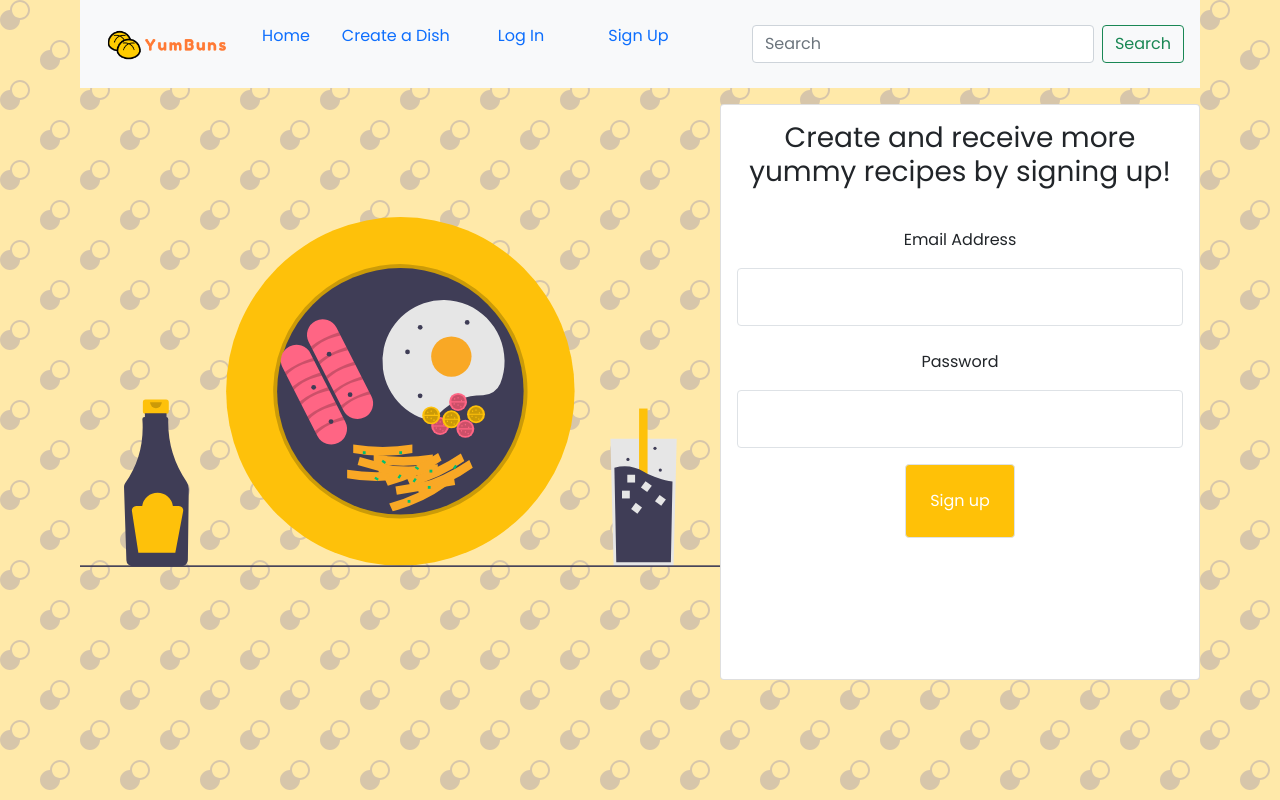
Repository: mottad14/yumBuns
Page: /signup (app in client/)
The author's editor kept a copy of each file at every save. The page is drawn from the files as they stood at one save, then again after the next save.
The browser window is 1280 px wide. The pictures show the whole page.
Some web fonts or font styles are not loaded; a fallback is used. The project was rebuilt for these pictures with package versions that can differ from the ones it lists, and the page was loaded fresh each time. Also part of the build but not shown: client/src/components/RecipePreview.js, client/src/views/Main.js, client/src/views/Login.js, client/src/views/Create.js, client/src/views/Recipe.js, client/src/components/SubscribePop.css, client/src/components/SignUp.jsx, client/src/components/SubscribePop.js.

Above is the page before, as saved 2022-07-30 14:09:46.

### client/public/index.html
<!DOCTYPE html>
<html lang="en">
  <head>
    <meta charset="utf-8" />
    <link rel="icon" href="%PUBLIC_URL%/favicon.ico" />
    <meta name="viewport" content="width=device-width, initial-scale=1" />
    <meta name="theme-color" content="#000000" />
    <meta
      name="description"
      content="Web site created using create-react-app"
    />
    <!--
      Notice the use of %PUBLIC_URL% in the tags above.
      It will be replaced with the URL of the `public` folder during the build.
      Only files inside the `public` folder can be referenced from the HTML.

      Unlike "/favicon.ico" or "favicon.ico", "%PUBLIC_URL%/favicon.ico" will
      work correctly both with client-side routing and a non-root public URL.
      Learn how to configure a non-root public URL by running `npm run build`.
    -->
    <title>Yumbuns</title>
  </head>
  <body>
    <noscript>You need to enable JavaScript to run this app.</noscript>
    <div id="root"></div>
    <!--
      This HTML file is a template.
      If you open it directly in the browser, you will see an empty page.

      You can add webfonts, meta tags, or analytics to this file.
      The build step will place the bundled scripts into the <body> tag.

      To begin the development, run `npm start` or `yarn start`.
      To create a production bundle, use `npm run build` or `yarn build`.
    -->
  </body>
</html>

### client/src/index.js
import React from 'react';
import ReactDOM from 'react-dom';
import './index.css';
import App from './App';
import reportWebVitals from './reportWebVitals';
import {BrowserRouter} from "react-router-dom";

ReactDOM.render(
    <React.StrictMode>
      <BrowserRouter>
            <App />
      </BrowserRouter>
    </React.StrictMode>,
    document.getElementById('root')
);



// If you want to start measuring performance in your app, pass a function
// to log results (for example: reportWebVitals(console.log))
// or send to an analytics endpoint. Learn more: https://bit.ly/CRA-vitals
reportWebVitals();

### client/src/App.js
import React from 'react';
import 'bootstrap/dist/css/bootstrap.min.css';
import {Switch, Route} from "react-router-dom";
import './App.css';
import NavBar from './components/NavBar';
import Main from './views/Main';
import Login from './views/Login'
import NewAccount from "./views/NewAccount"
import Create from './views/Create';
import Recipe from './views/Recipe';
import SubscribePop from './components/SubscribePop';
import {useState, useEffect} from 'react'
import { AuthContextProvider } from "./contexts/AuthContext";
import eating from "./imgs/subscribe.svg"



function App() {
  const [timedPopup, setTimedPopup] = useState (false);

  useEffect(() => {
    setTimeout(() => {
      setTimedPopup(true)
    }, 45000)
  }, [])


  return (

    <div className="App" >

          <div className="">
              <AuthContextProvider>
                <NavBar/>
                  <Switch>
                    <Route exact path="/">
                      <Main/>
                    </Route>

                    <Route exact path="/login">
                      <Login/>
                    </Route>

                    <Route exact path="/signup">
                      <NewAccount/>
                    </Route>

                    <Route path="/view/single/:_id">
                      <Recipe/>
                    </Route>

                    <Route exact path="/create">
                      <Create/>
                    </Route>
                  </Switch>

                  <SubscribePop trigger={timedPopup} setTrigger={setTimedPopup}>
                  </SubscribePop>
              </AuthContextProvider>

       </div>
    </div>
  );
}

export default App;

### client/src/App.css
@import url('https://fonts.googleapis.com/css2?family=BIZ+UDGothic&family=Poppins&display=swap');


.App {
  background-color: #ffe9a9;
  background-image: url("data:[embedded picture, 584 characters]");
  font-family: 'Poppins', sans-serif;
  display: flex;
  justify-content: center;
  text-align: center;
  min-height: 800px;
}

.recipePreview{
  border: 3px solid rgb(177, 177, 177);
  min-height: 300px;
  width: 250px;
  background-color: rgb(254, 194, 10);
  border-left-style: dotted;
  border-right-style: dotted;
  border-radius: 10%;

}

.recipePreview > img{
  width: 95%;
  border-radius: 10%;
}
.recipePreview >div{
  align-items: center;

}

.Logo{
  margin-left: 10px;
  height: 30px;
}

.sticky{
  position: sticky;
  top: 0;
  z-index: 999;
  background-color: rgb(254, 194, 10);
  border: 2px solid black;
  border-radius: 25px;
}

.thumbnailBox > img{
  height: 40px;
}

.thumbnailBox > img:hover{
  height: 125px;
}

### client/src/components/NavBar.js
import React from "react";
import { Link } from "react-router-dom"
import Nav from 'react-bootstrap/Nav';
import YumBuns from "../imgs/YumBunsLogo.png"

const NavBar = (props) => {
    return(
            <nav className="navbar navbar-expand-sm bg-light mb-3">
                <Link className="navbar-brand mx-3" to="/">  <img className="Logo" src={YumBuns} alt="Logo" /> </Link>

                <div className="collapse navbar-collapse" id="navbarSupportedContent">
                <ul className="navbar-nav me-auto mb-2 mb-lg-0">
                    <li className="nav-item">
                    <Nav.Link> <Link className="nav-link btn-outline-warning" aria-current="page" to="/">Home</Link> </Nav.Link>
                    </li>
                    <li className="nav-item">
                    <Nav.Link> <Link className="nav-link btn-outline-warning" to="/create">Create a Dish</Link> </Nav.Link>
                    </li>
                    <li className="nav-item">
                    <Nav.Link> <Link className="nav-link d-flex mx-3 btn-outline-warning" to="/login"> Log In</Link> </Nav.Link>
                    </li>
                    <li className="nav-item">
                    <Nav.Link>  <Link className="nav-link d-flex mx-3 btn-outline-warning" to="/signup">    <p onClick={() => props.setTrigger(true)}> Sign Up </p>    </Link> </Nav.Link>
                    </li>
                </ul>
                <form className="d-flex mx-3" role="search">
                    <input className="form-control me-2" type="search" placeholder="Search" aria-label="Search" />
                    <button className="btn btn-outline-success" type="submit">Search</button>
                </form>
            </div>
            </nav>
    )
}

export default NavBar;

### client/src/views/NewAccount.js
import React, { useState } from 'react'
import { Link, useHistory } from 'react-router-dom'
import {Form, Button, Card, Alert} from "react-bootstrap"
import { UserAuth } from '../contexts/AuthContext'
import eating from "../imgs/eating.svg"

const Signup = () => {

  const [email, setEmail] = useState('')
  const [password, setPassword] = useState('')
  const [error, setError] = useState('')

  const history = useHistory();
  const {createUser} = UserAuth();

  const handleSubmit = async(e) => {
    e.preventDefault();
    setError('')
    try{
      await createUser(email, password)
      history.push("/");
    } catch(e) {
      setError(e.message)
      console.log(e.message)
    }
  }

  return (

    <div style={{ display: 'flex',
        height: '80vh', justifyContent: "center"}}>
                <img className='flex' style={{maxWidth: "50vw"}} src={eating} alt={eating} />

    <Card className="text-center" style={{ width: '30rem' }}>
      <Card.Body>
          <h3 className='text-center mb-4'> Create and receive more yummy recipes by signing up!</h3>
            {error && <Alert variant="danger"> {error} </Alert>}

      <Form onSubmit={handleSubmit}>
          <Form.Group className='flex flex-col py-2'>
            <Form.Label className='py-2 font-medium' htmlFor=""> Email Address</Form.Label>
            <Form.Control onChange={(e)=> setEmail(e.target.value)} className='border p-3' type="email"/>
          </Form.Group>

          <Form.Group className='flex flex-col py-2'>
            <Form.Label className='py-2 font-medium' htmlFor=""> Password</Form.Label>
            <Form.Control onChange={(e)=> setPassword(e.target.value)} className='border p-3' type="password"/>
          </Form.Group>

          <Button variant="warning" className='border border-blue-500 bg-yellow-600 hover:bg-blue-500 w-full p-4 my-2 text-white'>Sign up</Button>
      </Form>


      </Card.Body>
    </Card>
    </div>
  )
}

export default Signup

### client/src/contexts/AuthContext.js
import { createContext, useContext, useEffect, useState } from "react";
import {createUserWithEmailAndPassword,
    signInWithEmailAndPassword,
    signOut,
    onAuthStateChanged}
    from "firebase/auth"
import { auth } from "../firebase";

const UserContext = createContext();

export const AuthContextProvider = ({children}) => {
    const [user, setUser] = useState({})

    const createUser = (email, password) => {
        return (createUserWithEmailAndPassword(auth, email, password))
    }

    const signIn = (email, password) => {
        return signInWithEmailAndPassword(auth, email, password)
    }

    const logout = () =>{
        return signOut(auth);
    }

    useEffect (() => {
        const unsubscribe = onAuthStateChanged(auth, (currentUser) => {
            console.log(currentUser)
            setUser(currentUser)
        })
        return (() => {
            unsubscribe()
        })
    }, [])

    return (
        <UserContext.Provider value={{ createUser, user, signIn, logout }}>
            {children}
        </UserContext.Provider>
    )
}

export const UserAuth = () =>{
    return useContext(UserContext)
}

### client/src/firebase.js
// Import the functions you need from the SDKs you need
import { initializeApp } from "firebase/app";
import { getAuth } from "firebase/auth";
// TODO: Add SDKs for Firebase products that you want to use
// https://firebase.google.com/docs/web/setup#available-libraries

// Your web app's Firebase configuration
console.log(`The current api key is: ${process.env.REACT_APP_FIREBASE_API_KEY}`)
const firebaseConfig = {
  apiKey: process.env.REACT_APP_FIREBASE_API_KEY,
  authDomain: process.env.REACT_APP_FIREBASE_AUTH_DOMAIN,
  projectId: process.env.REACT_APP_FIREBASE_PROJECT_ID,
  storageBucket: process.env.REACT_APP_FIREBASE_STORAGE_BUCKET,
  messagingSenderId: process.env.REACT_APP_FIREBASE_MESSAGING_SENDER_ID,
  appId: process.env.REACT_APP_FIREBASE_APP_ID,
  measurementId: process.env.REACT_APP_FIREBASE_MEASUREMENT_ID
};

// Initialize Firebase
const app = initializeApp(firebaseConfig);
export const auth = getAuth(app);
export default app;

Loaded but not shown: client/src/index.css (common file); client/src/reportWebVitals.js (common file)

After the next save:
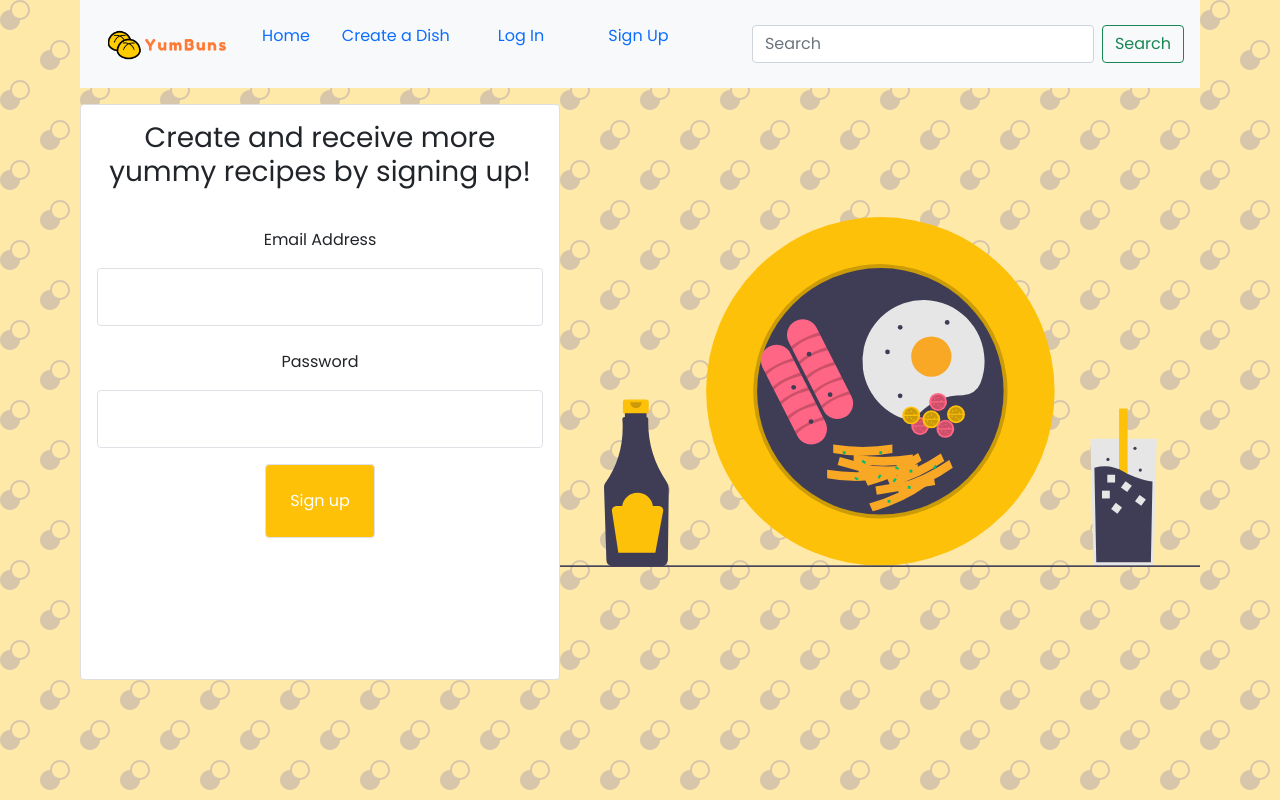
Saved 12 s later.
--- a/client/src/views/NewAccount.js
+++ b/client/src/views/NewAccount.js
@@ -29,7 +29,6 @@ const Signup = () => {
 
     <div style={{ display: 'flex',
         height: '80vh', justifyContent: "center"}}>
-                <img className='flex' style={{maxWidth: "50vw"}} src={eating} alt={eating} />
 
     <Card className="text-center" style={{ width: '30rem' }}>
       <Card.Body>
@@ -53,6 +52,7 @@ const Signup = () => {
 
       </Card.Body>
     </Card>
+                <img className='flex' style={{maxWidth: "50vw"}} src={eating} alt={eating} />
     </div>
   )
 }
